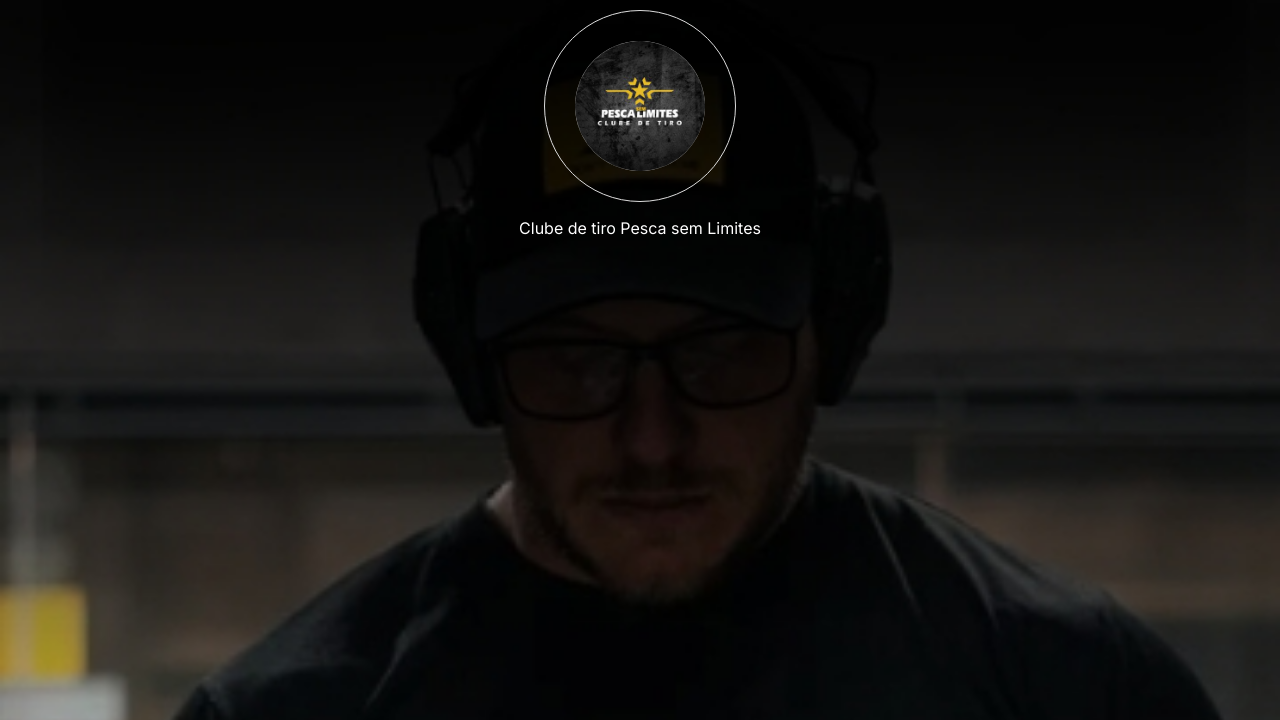
Repository: Fr4nc021/LinkPages-PescasemLimites
Page: index.html
These files come from the project's save history. The page is drawn as it stood at one moment and after the next save; the edit follows.
The browser window is 1280 px wide. The pictures show the whole page.

Above is the page before, as saved 2025-02-27 22:00:07.

After the next save:
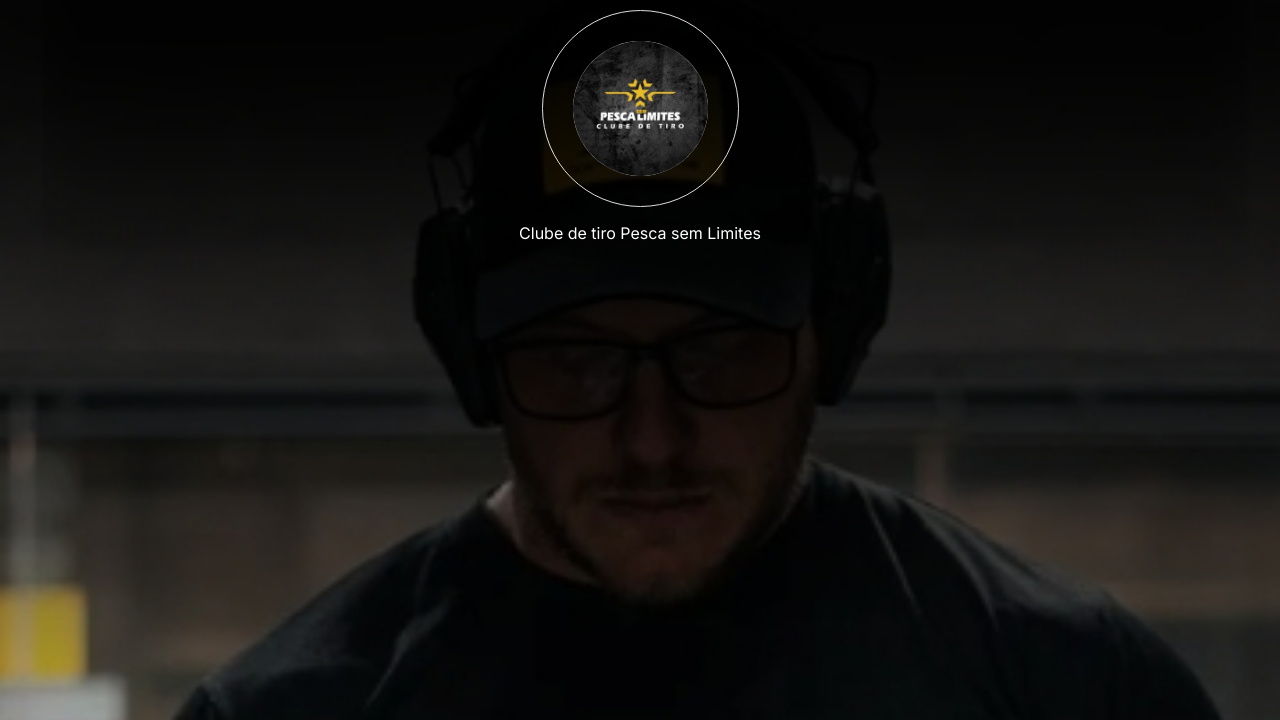
Saved 4 s later.
--- a/style.css
+++ b/style.css
@@ -11,7 +11,7 @@
 }
 #profile img {
     border: 1px solid #ddd;
-    width: 130px;
+    width: 135px;
     display: block;
     margin: auto;
     padding: 30px;
